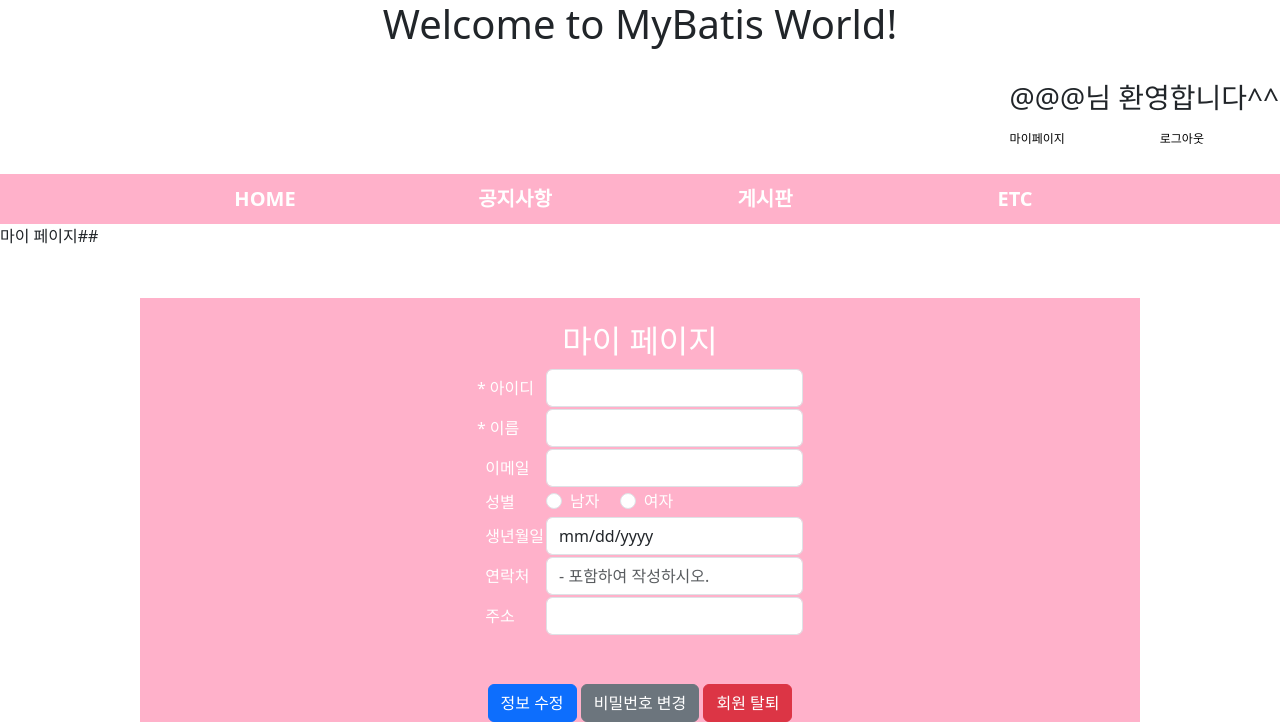
Repository: Kim-ilhyeon/framework-mybatis
Page: http://localhost/MybatisProject/mypage.me
An editor plug-in stored every save of this project. The page is shown before and after the next save, followed by the edit.
The browser window is 1280 px wide. The pictures show the whole page.
The page is served by Tomcat 9.

Above is the page before, as saved 2025-03-25 02:46:53.

After the next save:
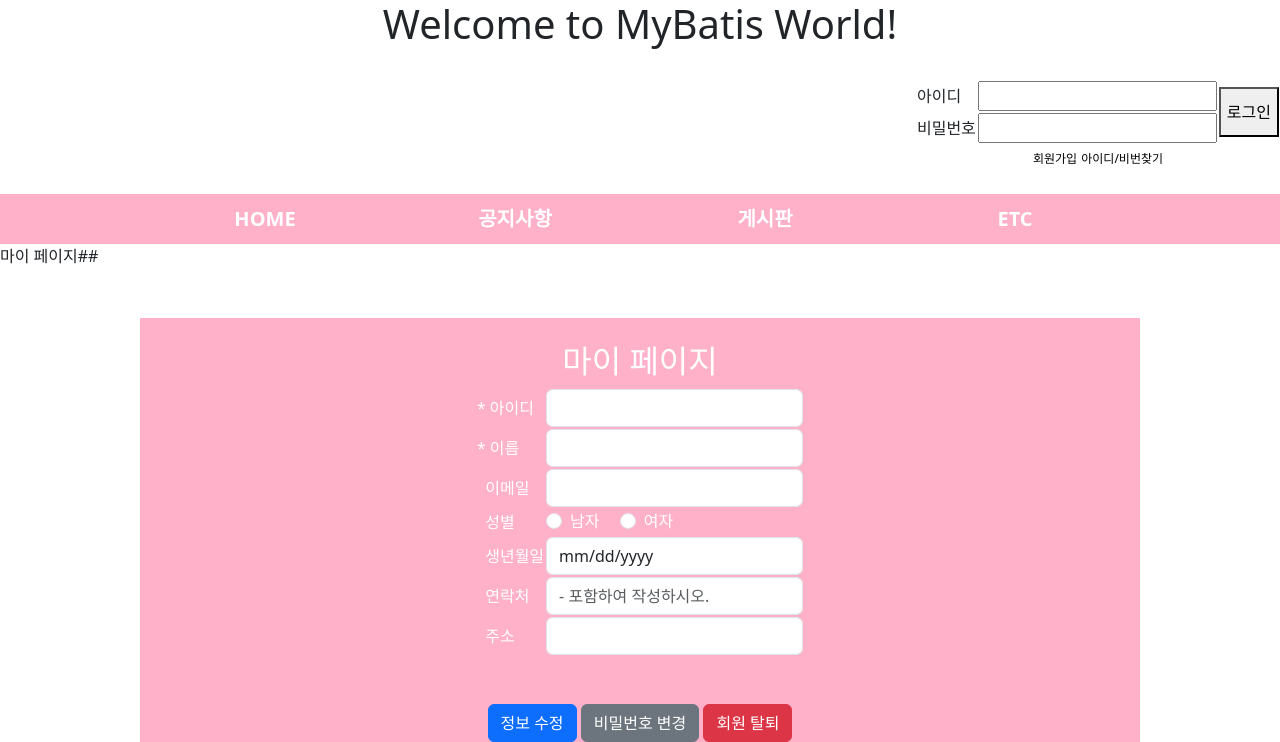
Saved 17 min 9 s later.
--- a/MybatisProject/webapp/WEB-INF/views/common/menubar.jsp
+++ b/MybatisProject/webapp/WEB-INF/views/common/menubar.jsp
@@ -42,7 +42,7 @@
 	<br>
 	<div class="login-area" align="right">
 		<c:choose>
-			<c:when test="${ not empty id }">
+			<c:when test="${ empty loginUser }">
 				<!-- 로그인 전 표시할 부분 -->
 				<form action="" method="post">
 					<table>
